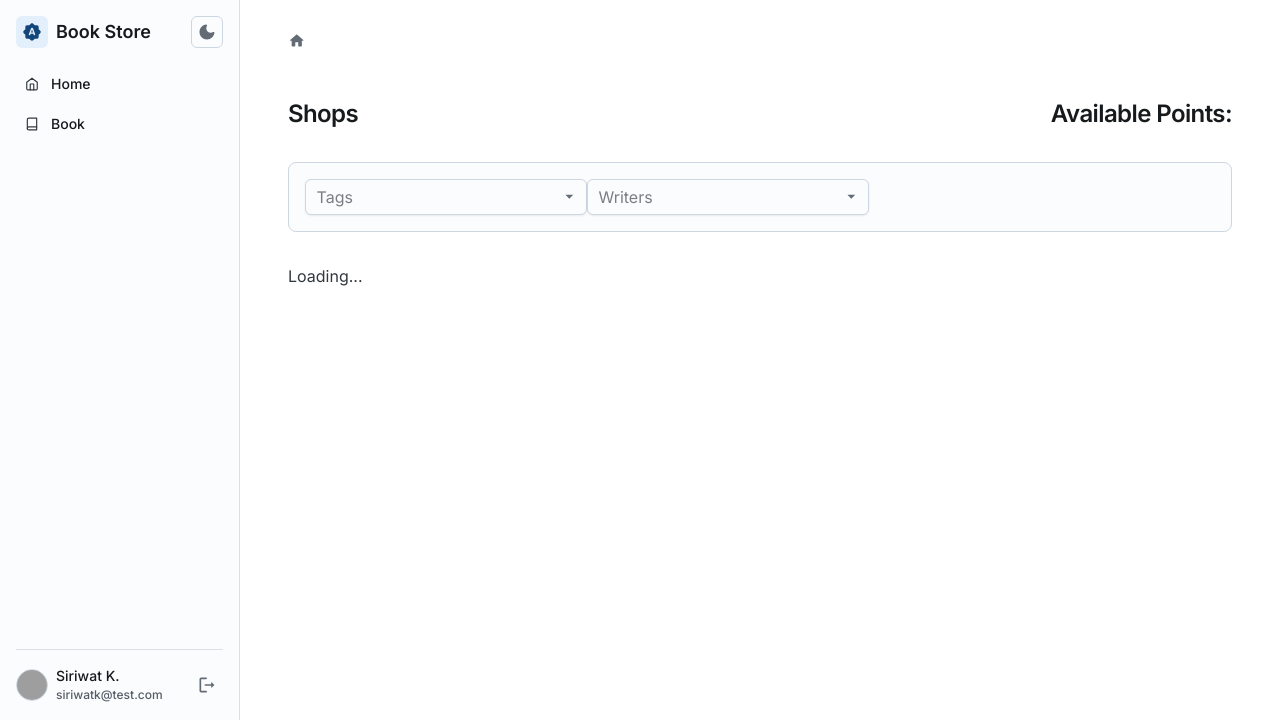
Repository: LaurentiusKevin/bookstore-fe
Page: /
The author's editor kept a copy of each file at every save. The page is drawn from the files as they stood at one save, then again after the next save.
The browser window is 1280 px wide. The pictures show the whole page.
Pictures or frames that could not be fetched are drawn as grey boxes. The page's requests for data from a server got no answer. The project was rebuilt for these pictures with package versions that can differ from the ones it lists, and the page was loaded fresh each time. The framework's server and built-in components were replaced by stand-ins that run in the browser. No one was signed in, and anything a server would have sent is missing. Also part of the build but not shown: next.config.mjs, src/components/book-card.tsx.

Above is the page before, as saved 2024-04-07 05:49:18.

After the next save:
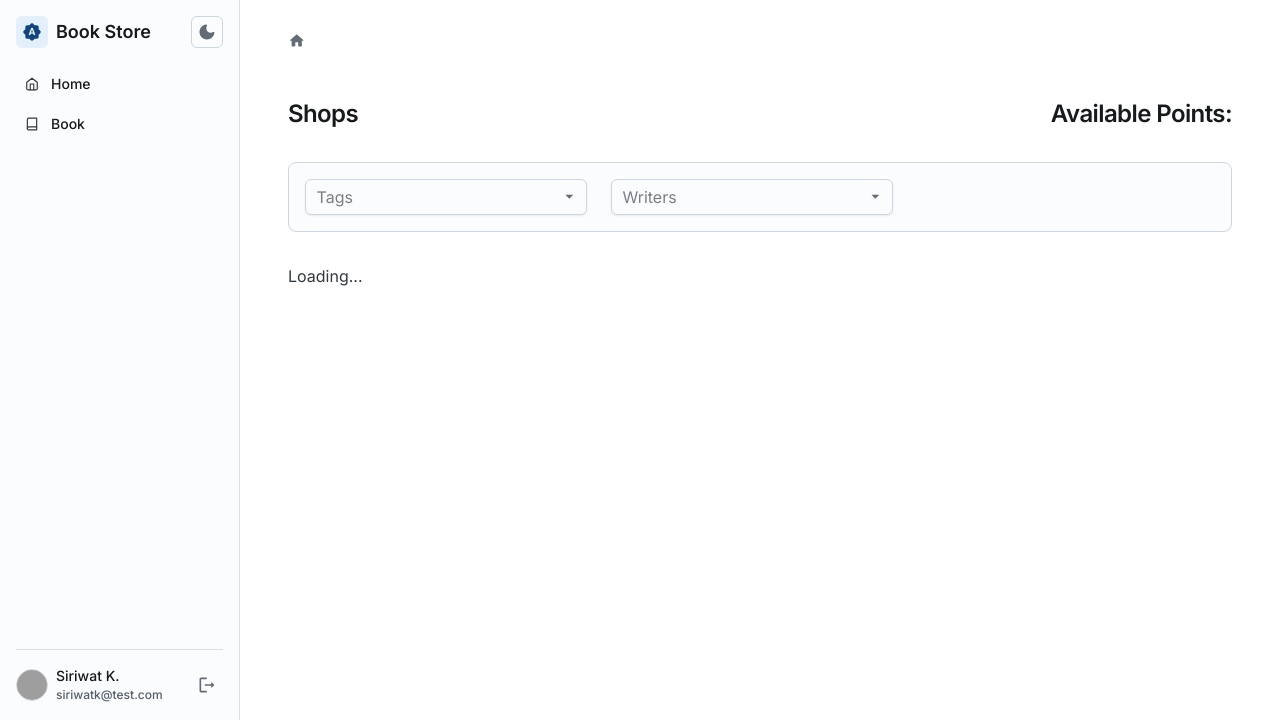
Saved 7 s later.
--- a/src/app/page.tsx
+++ b/src/app/page.tsx
@@ -112,7 +112,7 @@ export default function Home() {
       </Box>
       <Card>
         <CardContent>
-          <Stack flexDirection="row">
+          <Stack flexDirection="row" gap={3}>
             <Autocomplete
               placeholder="Tags"
               multiple
